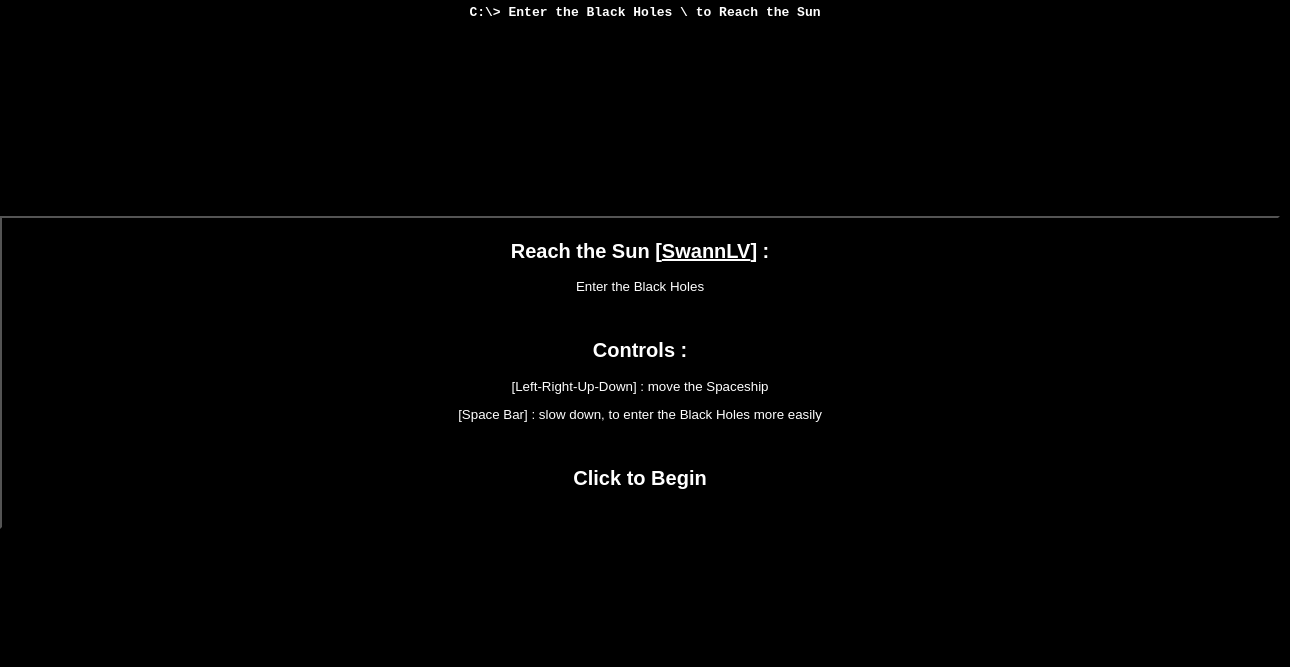
Repository: SwannLV/reach-the-sun
Page: Index.html
The author's editor kept a record of every edit. The page is drawn from the files as they stood at one moment, then again after the next edit.
The browser window is 1280 px wide. The page is 1290 px wide, so the pictures cover 1290 px, including what lies to the right of the window. The pictures show the whole page.
Some web libraries are served in a nearby version.

Above is the page before.
Console error: ReferenceError: THREE is not defined

### Index.html
<!DOCTYPE html>
<html lang="en">

    <head>
        <title>SwannLV</title>
        <meta charset="utf-8">
        <meta name="viewport" content="width=device-width, user-scalable=no, minimum-scale=1.0, maximum-scale=1.0">
        <style>
            body {
                color: #ffffff;
                font-family:Monospace;
                font-size:13px;
                text-align:center;
                font-weight: bold;
                background-color: #000000;
                margin: 0px;
                overflow: hidden;
            }
            #info {
                position: absolute;
                top: 0px;
                width: 100%;
                padding: 5px;
            }
            #start {
                position: absolute;
                top: 30%;
                left: 0%;
                width: 100%;
                padding: 5px;
            }
            #end {
                position: absolute;
                top: 50%;
                left: 0%;
                width: 100%;
                height: 20%;
                padding: 5px;
                display: none;
            }
            #infoMusic {
                position: absolute;
                bottom: 0px;
                right: 5px;
                padding: 5px;
            }
            #ongoing
            {
                position: absolute;
                top: 0px;
                right: 5px;
                padding: 5px;
                color: #ff0000;
            }
            a {
                color: #ffffff;
            }
        </style>
        <script type="text/javascript">
          var _gaq = _gaq || [];
          _gaq.push(['_setAccount', 'UA-36066678-1']);
          _gaq.push(['_trackPageview']);
          (function() {
            var ga = document.createElement('script'); ga.type = 'text/javascript'; ga.async = true;
            ga.src = ('https:' == document.location.protocol ? 'https://ssl' : 'http://www') + '.google-analytics.com/ga.js';
            var s = document.getElementsByTagName('script')[0]; s.parentNode.insertBefore(ga, s);
          })();
        </script>
        <script src="//ajax.googleapis.com/ajax/libs/jquery/1.8.3/jquery.min.js"></script>
    </head>

    <body>
        <div id="container"></div>
        <div id="info">
            C:\> Enter the Black Holes \ to Reach the Sun
        </div>

        <button id="start" style="background-color:black; color:white;">
            <h2>Reach the Sun [<a href="http://ca.linkedin.com/in/swannlv" target="_blank">SwannLV</a>] :</h2>
            <p>Enter the Black Holes</p><br/>
            <h2>Controls :</h2>
            <p>[Left-Right-Up-Down] : move the Spaceship
            <p>[Space Bar] : slow down, to enter the Black Holes more easily</p><br/>
            <h2>Click to Begin</h2>
            <br/>
        </button>
        <button id="end" style="background-color:black; color:white;">C:\> GAME OVER</button>

        <!--<div id="ongoing">-->
        <!--    <h3>Ongoing project</h3>-->
        <!--</div>-->
        <!--<div id="infoMusic">-->
        <!--    Music | Boris Banzo-->
        <!--</div>-->


        <script src="libs/three.min.js"></script>
        <script src='libs/THREEx.KeyboardState.js'></script>
        <script src="libs/shaders/ConvolutionShader.js"></script>
        <script src="libs/shaders/CopyShader.js"></script>
        <script src="libs/shaders/FilmShader.js"></script>
        <script src="libs/postprocessing/EffectComposer.js"></script>
        <script src="libs/postprocessing/ShaderPass.js"></script>
        <script src="libs/postprocessing/MaskPass.js"></script>
        <script src="libs/postprocessing/RenderPass.js"></script>
        <script src="libs/postprocessing/BloomPass.js"></script>
        <script src="libs/postprocessing/FilmPass.js"></script>
        <script src="libs/ImprovedNoise.js"></script>
        <script src="libs/Visualiser.js"></script>
        <script src="libs/Detector.js"></script>
        <script src="libs/stats.min.js"></script>
        <script src="libs/buffer-loader.js"></script>

        <script id="sunFragmentShader" type="x-shader/x-fragment">
            uniform float time;
            uniform vec2 resolution;
            uniform float fogDensity;
            uniform vec3 fogColor;
            uniform sampler2D texture1;
            uniform sampler2D texture2;
            varying vec2 vUv;

            void main(void) {
                vec2 position = -1.0 + 2.0 * vUv;
                vec4 noise = texture2D(texture1, vUv);
                vec2 T1 = vUv + vec2(1.5, - 1.5) * time * 0.02;
                vec2 T2 = vUv + vec2(-0.5, 2.0) * time * 0.01;

                T1.x += noise.x * 2.0;
                T1.y += noise.y * 2.0;
                T2.x -= noise.y * 0.2;
                T2.y += noise.z * 0.2;
                float p = texture2D(texture1, T1 * 2.0).a;
                vec4 color = texture2D(texture2, T2 * 2.0);
                vec4 temp = color * (vec4(p, p, p, p) * 2.0) + (color * color - 0.1);
                if (temp.r > 1.0) {
                    temp.bg += clamp(temp.r - 2.0, 0.0, 100.0);
                }
                if (temp.g > 1.0) {
                    temp.rb += temp.g - 1.0;
                }
                if (temp.b > 1.0) {
                    temp.rg += temp.b - 1.0;
                }
                gl_FragColor = temp;
                float depth = gl_FragCoord.z / gl_FragCoord.w;
                const float LOG2 = 1.442695;
                float fogFactor = exp2(-fogDensity * fogDensity * depth * depth * LOG2);
                fogFactor = 0.001; //1.0 - clamp( fogFactor, 0.0, 1.0 );
                gl_FragColor = mix(gl_FragColor, vec4(fogColor, gl_FragColor.w), fogFactor);
            }
        </script>

        <script id="sunVertexShader" type="x-shader/x-vertex">
            uniform vec2 uvScale;
            varying vec2 vUv;

            void main() {
                vUv = uvScale * uv;
                vec4 mvPosition = modelViewMatrix * vec4(position, 1.0);
                gl_Position = projectionMatrix * mvPosition;
            }
        </script>

        <script src="Game.js"></script>
    </body>

</html>

### libs/postprocessing/EffectComposer.js
/**
 * @author alteredq / http://alteredqualia.com/
 */

THREE.EffectComposer = function ( renderer, renderTarget ) {

    this.renderer = renderer;

	this.renderTarget1 = renderTarget;

	if ( this.renderTarget1 === undefined ) {

		var width = window.innerWidth || 1;
		var height = window.innerHeight || 1;

		this.renderTargetParameters = { minFilter: THREE.LinearFilter, magFilter: THREE.LinearFilter, format: THREE.RGBFormat, stencilBuffer: false };
		this.renderTarget1 = new THREE.WebGLRenderTarget( width, height, this.renderTargetParameters );

	}

	this.renderTarget2 = this.renderTarget1.clone();

	this.writeBuffer = this.renderTarget1;
	this.readBuffer = this.renderTarget2;

	this.passes = [];

	if ( THREE.CopyShader === undefined )
		console.error( "THREE.EffectComposer relies on THREE.CopyShader" );

	this.copyPass = new THREE.ShaderPass( THREE.CopyShader );

};

THREE.EffectComposer.prototype = {

	swapBuffers: function() {

		var tmp = this.readBuffer;
		this.readBuffer = this.writeBuffer;
		this.writeBuffer = tmp;

	},

	addPass: function ( pass ) {

		this.passes.push( pass );

	},

	render: function ( delta ) {

		this.writeBuffer = this.renderTarget1;
		this.readBuffer = this.renderTarget2;

		var maskActive = false;

		var pass, i, il = this.passes.length;

		for ( i = 0; i < il; i ++ ) {

			pass = this.passes[ i ];

			if ( !pass.enabled ) continue;

			pass.render( this.renderer, this.writeBuffer, this.readBuffer, delta, maskActive );

			if ( pass.needsSwap ) {

				if ( maskActive ) {

					var context = this.renderer.context;

					context.stencilFunc( context.NOTEQUAL, 1, 0xffffffff );

					this.copyPass.render( this.renderer, this.writeBuffer, this.readBuffer, delta );

					context.stencilFunc( context.EQUAL, 1, 0xffffffff );

				}

				this.swapBuffers();

			}

			if ( pass instanceof THREE.MaskPass ) {

				maskActive = true;

			} else if ( pass instanceof THREE.ClearMaskPass ) {

				maskActive = false;

			}

		}

	},

	reset: function ( renderTarget ) {

		this.renderTarget1 = renderTarget;

		if ( this.renderTarget1 === undefined ) {

			this.renderTarget1 = new THREE.WebGLRenderTarget( window.innerWidth, window.innerHeight, this.renderTargetParameters );

		}

		this.renderTarget2 = this.renderTarget1.clone();

		this.writeBuffer = this.renderTarget1;
		this.readBuffer = this.renderTarget2;

	}

};

// shared ortho camera

THREE.EffectComposer.camera = new THREE.OrthographicCamera( -1, 1, 1, -1, 0, 1 );

THREE.EffectComposer.quad = new THREE.Mesh( new THREE.PlaneGeometry( 2, 2 ), null );

THREE.EffectComposer.scene = new THREE.Scene();
THREE.EffectComposer.scene.add( THREE.EffectComposer.quad );

Loaded but not shown: libs/THREEx.KeyboardState.js (library); Game.js (686 lines, source omitted); libs/three.min.js (empty); libs/shaders/ConvolutionShader.js (empty); libs/shaders/CopyShader.js (empty); libs/shaders/FilmShader.js (empty); libs/postprocessing/ShaderPass.js (empty); libs/postprocessing/MaskPass.js (empty); libs/postprocessing/RenderPass.js (empty); libs/postprocessing/BloomPass.js (empty); libs/postprocessing/FilmPass.js (empty); libs/ImprovedNoise.js (empty); libs/Visualiser.js (empty); libs/Detector.js (empty); libs/stats.min.js (empty); libs/buffer-loader.js (empty)

After the next edit:
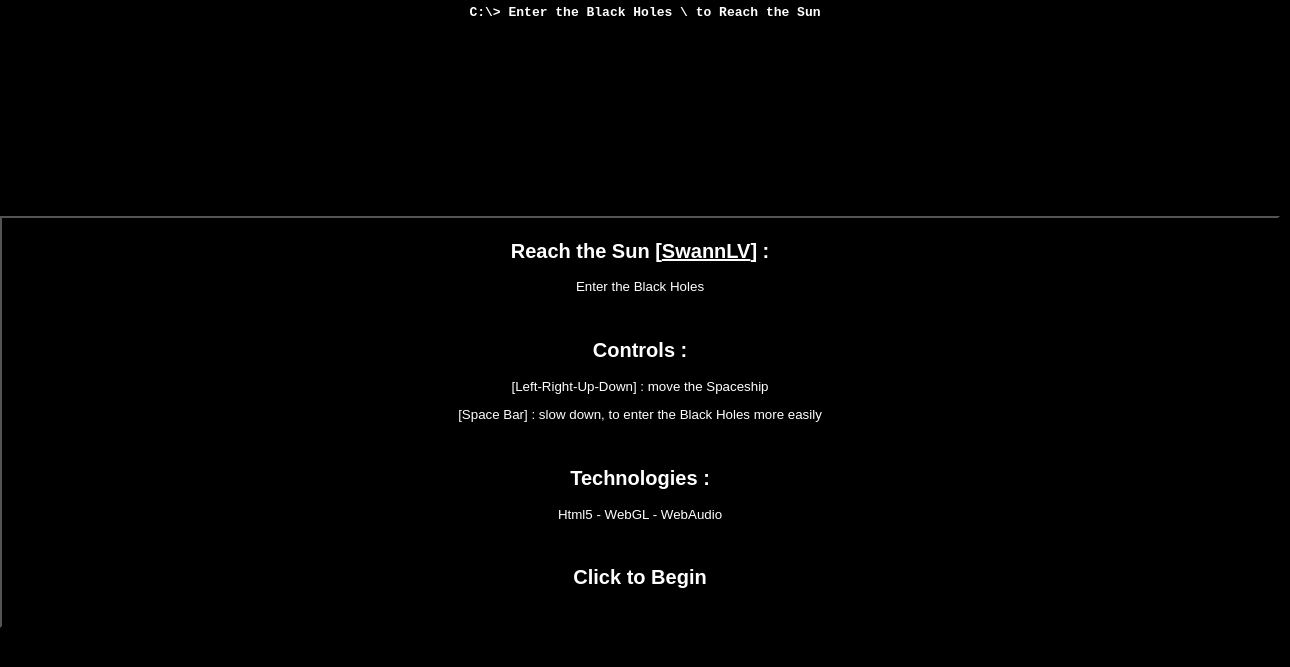
The edit:
--- a/Index.html
+++ b/Index.html
@@ -79,8 +79,10 @@
             <h2>Reach the Sun [<a href="http://ca.linkedin.com/in/swannlv" target="_blank">SwannLV</a>] :</h2>
             <p>Enter the Black Holes</p><br/>
             <h2>Controls :</h2>
-            <p>[Left-Right-Up-Down] : move the Spaceship
+            <p>[Left-Right-Up-Down] : move the Spaceship</p>
             <p>[Space Bar] : slow down, to enter the Black Holes more easily</p><br/>
+            <h2>Technologies :</h2>
+            <p>Html5 - WebGL - WebAudio</p><br/>
             <h2>Click to Begin</h2>
             <br/>
         </button>
